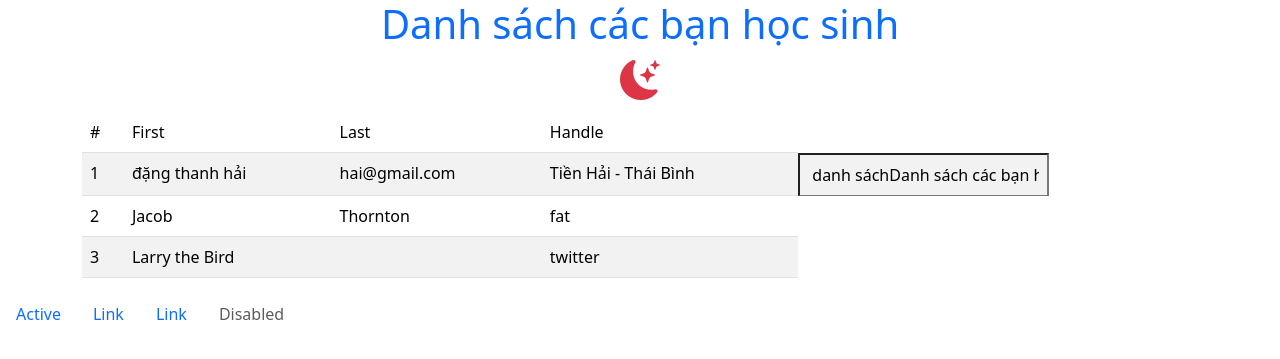
Repository: danghoanghai2k2/BeginAnguLar
Page: / (app in FirstAnGuLar/)
These files come from the project's save history. The page is drawn as it stood at one moment and after the next save; the edit follows.
The browser window is 1280 px wide. The pictures show the whole page.
The project was rebuilt for these pictures with package versions that can differ from the ones it lists, and the page was loaded fresh each time. Also part of the build but not shown: FirstAnGuLar/angular.json.

Above is the page before, as saved 2024-06-08 09:28:09.

After the next save:
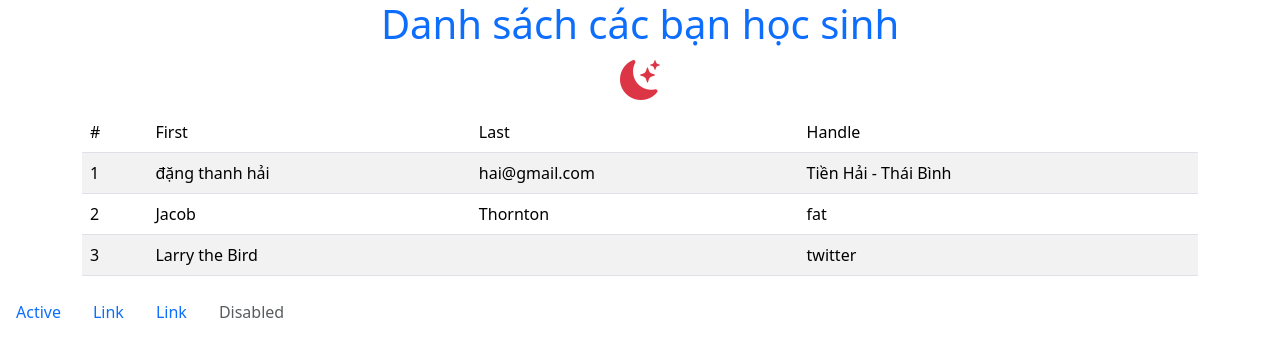
Saved 11 s later.
--- a/FirstAnGuLar/src/app/app.component.html
+++ b/FirstAnGuLar/src/app/app.component.html
@@ -18,7 +18,6 @@
             <td>{{nguoiDung.name}}</td>
             <td>{{nguoiDung.email}}</td>
             <td>{{nguoiDung.address}}</td>
-            <input type="text" name="" id="" [value]="' danh sách' + lists">
           </tr>
           <tr>
             <th scope="row">2</th>

After the save that followed:
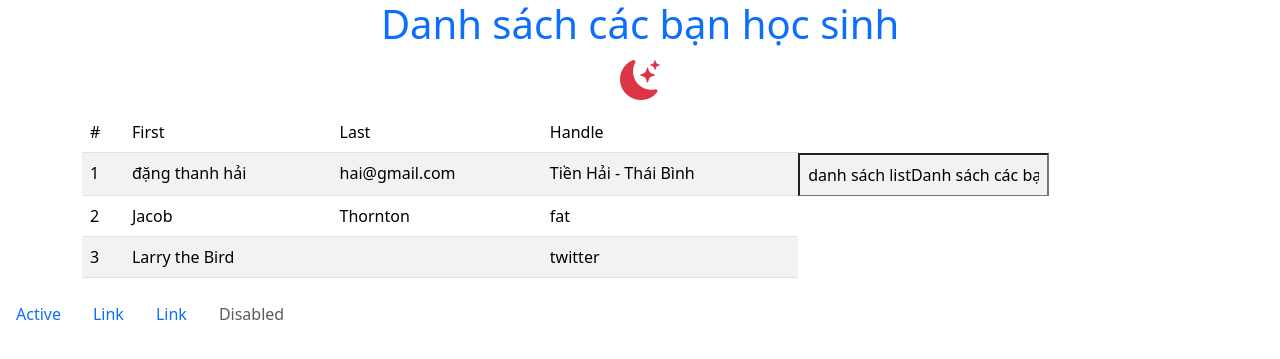
Saved 59 s later.
--- a/FirstAnGuLar/src/app/app.component.html
+++ b/FirstAnGuLar/src/app/app.component.html
@@ -18,6 +18,7 @@
             <td>{{nguoiDung.name}}</td>
             <td>{{nguoiDung.email}}</td>
             <td>{{nguoiDung.address}}</td>
+            <input type="text" name="" value="danh sách list{{lists}}" id="">
           </tr>
           <tr>
             <th scope="row">2</th>
